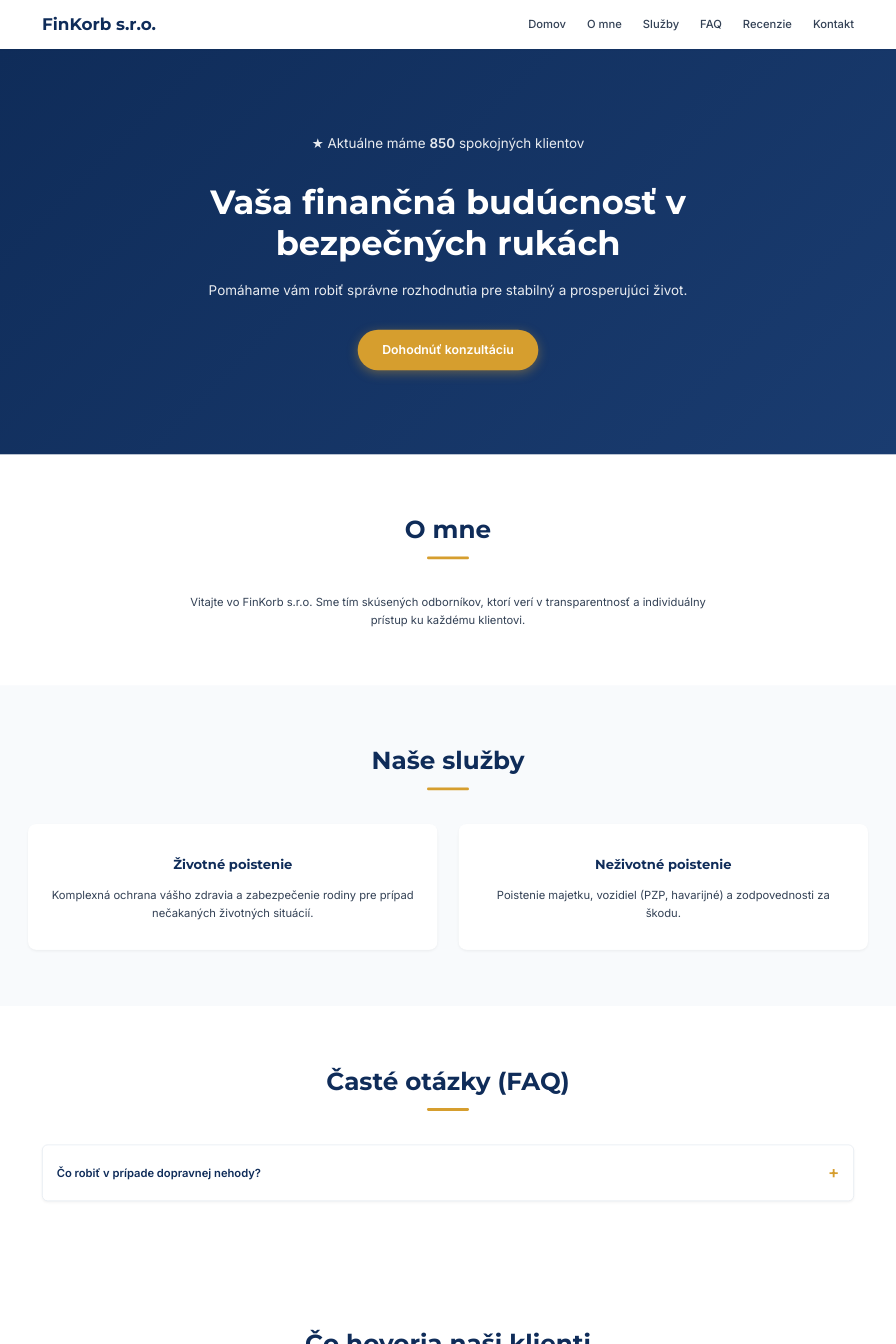
Repository: IvanK03/personal_web
Page: web/index.html
The author's editor kept a copy of each file at every save. The page is drawn from the files as they stood at one save, then again after the next save.
The browser window is 1280 px wide. The pictures show the part of the page from y = 0 to 1920 px (the page is 2553 px tall before and 2600 px after), at 70% of full size.

Above is the page before, as saved 2026-02-22 11:54:57.

### web/index.html
<!DOCTYPE html>
<html lang="sk">
<head>
    <meta charset="UTF-8">
    <meta name="viewport" content="width=device-width, initial-scale=1.0">
    <meta name="description" content="FinKorb s.r.o. - Komplexné finančné poradenstvo, poistenie, hypotéky a investovanie.">
    <title>FinKorb s.r.o. - Finančný poradca</title>
    <link rel="stylesheet" href="style.css">
</head>
<body>

    <!-- Hlavička s navigáciou -->
    <header>
        <div class="container">
            <a href="#" class="logo">FinKorb s.r.o.</a>
            <nav>
                <ul>
                    <li><a href="#hero">Domov</a></li>
                    <li><a href="#o-mne">O mne</a></li>
                    <li><a href="#sluzby">Služby</a></li>
                    <li><a href="#faq">FAQ</a></li>
                    <li><a href="#recenzie">Recenzie</a></li>
                    <li><a href="#kontakt">Kontakt</a></li>
                </ul>
            </nav>
        </div>
    </header>

    <main>
        <!-- Hero sekcia -->
        <section id="hero">
            <div class="hero-content">
                <p class="trust-badge">★ Aktuálne máme <strong>850</strong> spokojných klientov</p>
                <h1>Vaša finančná budúcnosť v bezpečných rukách</h1>
                <p>Pomáhame vám robiť správne rozhodnutia pre stabilný a prosperujúci život.</p>
                <a href="#kontakt" class="btn-primary">Dohodnúť konzultáciu</a>
            </div>
        </section>

        <!-- Sekcia O mne -->
        <section id="o-mne">
            <h2>O mne</h2>
            <p>Vitajte vo FinKorb s.r.o. Sme tím skúsených odborníkov, ktorí verí v transparentnosť a individuálny prístup ku každému klientovi.</p>
        </section>

        <!-- Sekcia Služby -->
        <section id="sluzby">
            <h2>Naše služby</h2>
            <div class="services-grid">
                <article class="service-item">
                    <h3>Životné poistenie</h3>
                    <p>Komplexná ochrana vášho zdravia a zabezpečenie rodiny pre prípad nečakaných životných situácií.</p>
                </article>
                <article class="service-item">
                    <h3>Neživotné poistenie</h3>
                    <p>Poistenie majetku, vozidiel (PZP, havarijné) a zodpovednosti za škodu.</p>
                </article>
            </div>
        </section>

        <!-- Sekcia Časté otázky (FAQ) -->
        <section id="faq">
            <h2>Časté otázky (FAQ)</h2>
            <details>
                <summary>Čo robiť v prípade dopravnej nehody?</summary>
                <p>Zachovajte pokoj, zabezpečte miesto nehody a skontrolujte zranenia. Ak je to nutné, volajte záchranné zložky (112). Následne vyplňte správu o nehode a kontaktujte nás – pomôžeme vám s nahlásením poistnej udalosti.</p>
            </details>
        </section>

        <!-- Sekcia Recenzie -->
        <section id="recenzie">
            <h2>Čo hovoria naši klienti</h2>
            <div class="reviews-grid">
                <article class="review-item">
                    <div class="stars">★★★★★</div>
                    <p>"Pán Korbini mi veľmi pomohol s nastavením životného poistenia. Profesionálny prístup a všetko mi jasne vysvetlil. Odporúčam!"</p>
                    <h4>– Peter N.</h4>
                </article>
                <article class="review-item">
                    <div class="stars">★★★★★</div>
                    <p>"Rýchle vybavenie poistnej udalosti a skvelá komunikácia. Konečne mám pocit, že sú moje financie v dobrých rukách."</p>
                    <h4>– Jana M.</h4>
                </article>
            </div>
        </section>
    </main>

    <!-- Päta s kontaktom -->
    <footer id="kontakt">
        <div class="footer-content">
            <h3>Kontaktujte nás</h3>
            <p>Email: ivan.korbini@gmail.com</p>
            <p>Telefón: +421 911 620 323 | +421 911 032 103</p>
            <p>Adresa: Sološnícka 566/13, Bratislava</p>
        </div>
        <p class="copyright">&copy; 2024 FinKorb s.r.o. Všetky práva vyhradené.</p>
    </footer>

    <script src="script.js"></script>
</body>
</html>

### web/style.css
/* Import Google Fonts */
@import url('https://fonts.googleapis.com/css2?family=Inter:wght@400;500;600&family=Montserrat:wght@600;700&display=swap');

/* Základné premenné pre konzistentný dizajn */
:root {
    --primary-color: #0f2c59; /* Tmavomodrá - Dôvera */
    --secondary-color: #1a3c70; /* Svetlejšia modrá pre gradienty */
    --accent-color: #d69e2e; /* Zlatá/Oranžová - Call to Action */
    --accent-hover: #b7791f;
    --text-dark: #334155;
    --text-light: #64748b;
    --bg-light: #f8fafc;
    --white: #ffffff;
    --shadow-sm: 0 2px 4px rgba(0, 0, 0, 0.05);
    --shadow-md: 0 4px 6px rgba(0, 0, 0, 0.1);
    --shadow-lg: 0 10px 15px rgba(0, 0, 0, 0.1);
    --transition: all 0.3s ease;
}

/* Reset a základné nastavenia */
* {
    margin: 0;
    padding: 0;
    box-sizing: border-box;
}

html {
    scroll-behavior: smooth;
}

body {
    font-family: 'Inter', sans-serif;
    line-height: 1.6;
    color: var(--text-dark);
    background-color: var(--white);
}

h1, h2, h3 {
    font-family: 'Montserrat', sans-serif;
    color: var(--primary-color);
    margin-bottom: 1rem;
}

h2 {
    font-size: 2.2rem;
    text-align: center;
    margin-bottom: 3rem;
    position: relative;
}

/* Dekoratívna čiara pod nadpismi sekcií */
h2::after {
    content: '';
    display: block;
    width: 60px;
    height: 4px;
    background-color: var(--accent-color);
    margin: 10px auto 0;
    border-radius: 2px;
}

a {
    text-decoration: none;
    color: inherit;
}

ul {
    list-style: none;
}

/* Layout utility */
.container {
    max-width: 1200px;
    margin: 0 auto;
    padding: 0 20px;
}

section {
    padding: 80px 20px;
    max-width: 1200px;
    margin: 0 auto;
}

/* Hlavička a Navigácia */
header {
    background-color: var(--white);
    box-shadow: var(--shadow-sm);
    position: sticky;
    top: 0;
    z-index: 1000;
    padding: 1rem 0;
}

/* Štýl pre prilepenú hlavičku pri scrollovaní */
header.scrolled {
    background-color: rgba(255, 255, 255, 0.95); /* Jemne priehľadná biela */
    backdrop-filter: blur(5px); /* Rozostrenie pozadia */
    box-shadow: var(--shadow-md);
    padding: 0.5rem 0; /* Zmenšenie výšky pre kompaktnejší vzhľad */
    transition: all 0.3s ease;
}

header .container {
    display: flex;
    justify-content: space-between;
    align-items: center;
}

.logo {
    font-family: 'Montserrat', sans-serif;
    font-size: 1.5rem;
    font-weight: 700;
    color: var(--primary-color);
}

nav ul {
    display: flex;
    gap: 30px;
}

nav a {
    font-weight: 500;
    color: var(--text-dark);
    transition: var(--transition);
}

nav a:hover {
    color: var(--accent-color);
}

/* Hero Sekcia */
#hero {
    background: linear-gradient(135deg, var(--primary-color), var(--secondary-color));
    color: var(--white);
    text-align: center;
    padding: 120px 20px;
    max-width: 100%; /* Hero roztiahneme na celú šírku */
}

.hero-content {
    max-width: 800px;
    margin: 0 auto;
}

#hero h1 {
    color: var(--white);
    font-size: 3rem;
    margin-bottom: 1.5rem;
    line-height: 1.2;
}

#hero p {
    font-size: 1.2rem;
    margin-bottom: 2.5rem;
    opacity: 0.9;
}

/* Tlačidlá */
.btn-primary {
    display: inline-block;
    background-color: var(--accent-color);
    color: var(--white);
    padding: 15px 35px;
    border-radius: 50px;
    font-weight: 600;
    font-size: 1.1rem;
    transition: var(--transition);
    box-shadow: 0 4px 15px rgba(214, 158, 46, 0.4);
}

.btn-primary:hover {
    background-color: var(--accent-hover);
    transform: translateY(-3px);
    box-shadow: 0 6px 20px rgba(214, 158, 46, 0.6);
}

/* Sekcia O mne */
#o-mne {
    text-align: center;
    max-width: 800px;
}

/* Sekcia Služby - Grid */
#sluzby {
    background-color: var(--bg-light);
    max-width: 100%; /* Pozadie na celú šírku */
}

.services-grid {
    display: grid;
    grid-template-columns: repeat(auto-fit, minmax(300px, 1fr));
    gap: 30px;
    max-width: 1200px;
    margin: 0 auto;
}

.service-item {
    background: var(--white);
    padding: 40px 30px;
    border-radius: 12px;
    box-shadow: var(--shadow-sm);
    transition: var(--transition);
    text-align: center;
    border-top: 4px solid transparent;
}

.service-item:hover {
    transform: translateY(-10px);
    box-shadow: var(--shadow-lg);
    border-top: 4px solid var(--accent-color);
}

.service-item h3 {
    margin-bottom: 15px;
}

/* FAQ Sekcia */
details {
    background-color: var(--white);
    margin-bottom: 15px;
    border-radius: 8px;
    box-shadow: var(--shadow-sm);
    overflow: hidden;
    border: 1px solid #e2e8f0;
}

summary {
    padding: 20px;
    cursor: pointer;
    font-weight: 600;
    color: var(--primary-color);
    list-style: none; /* Skryje defaultnú šípku */
    position: relative;
    display: flex;
    justify-content: space-between;
    align-items: center;
}

summary::-webkit-details-marker {
    display: none;
}

summary::after {
    content: '+';
    font-size: 1.5rem;
    color: var(--accent-color);
    font-weight: bold;
}

details[open] summary::after {
    content: '-';
}

details p {
    padding: 0 20px 20px 20px;
    color: var(--text-light);
    border-top: 1px solid #f1f5f9;
    margin-top: 0;
    padding-top: 15px;
    /* Animácia pre plynulé zobrazenie textu */
    animation: fadeIn 0.4s ease-out;
}

@keyframes fadeIn {
    from {
        opacity: 0;
        transform: translateY(-10px);
    }
    to {
        opacity: 1;
        transform: translateY(0);
    }
}

/* Päta */
footer {
    background-color: var(--primary-color);
    color: var(--white);
    text-align: center;
    padding: 60px 20px 20px;
}

.footer-content h3 {
    color: var(--accent-color);
    margin-bottom: 20px;
}

.footer-content p {
    margin-bottom: 10px;
    opacity: 0.8;
}

.copyright {
    margin-top: 40px;
    padding-top: 20px;
    border-top: 1px solid rgba(255, 255, 255, 0.1);
    font-size: 0.9rem;
    opacity: 0.6;
}

/* Responzivita pre mobily */
@media (max-width: 768px) {
    header .container {
        flex-direction: column;
        gap: 15px;
    }

    nav ul {
        flex-wrap: wrap;
        justify-content: center;
        gap: 15px;
    }

    #hero h1 {
        font-size: 2.2rem;
    }

    section {
        padding: 60px 20px;
    }
}

### web/script.js
document.addEventListener('DOMContentLoaded', () => {

    // --- 1. Sticky Header (Prilepenie hlavičky) ---
    const header = document.querySelector('header');

    window.addEventListener('scroll', () => {
        // Ak sme odscrollovali viac ako 50px, pridáme triedu 'scrolled'
        if (window.scrollY > 50) {
            header.classList.add('scrolled');
        } else {
            header.classList.remove('scrolled');
        }
    });

    // --- 2. Interaktívne FAQ (Akordeón) ---
    const detailsElements = document.querySelectorAll('details');

    detailsElements.forEach(detail => {
        detail.addEventListener('click', (e) => {
            // Zistíme, či sa kliklo na <summary> (hlavičku otázky)
            if (e.target.tagName.toLowerCase() === 'summary') {
                // Ak sa práve otvára (ešte nie je 'open'), zatvoríme ostatné
                if (!detail.hasAttribute('open')) {
                    detailsElements.forEach(otherDetail => {
                        if (otherDetail !== detail) {
                            otherDetail.removeAttribute('open');
                        }
                    });
                }
            }
        });
    });
});

After the next save:
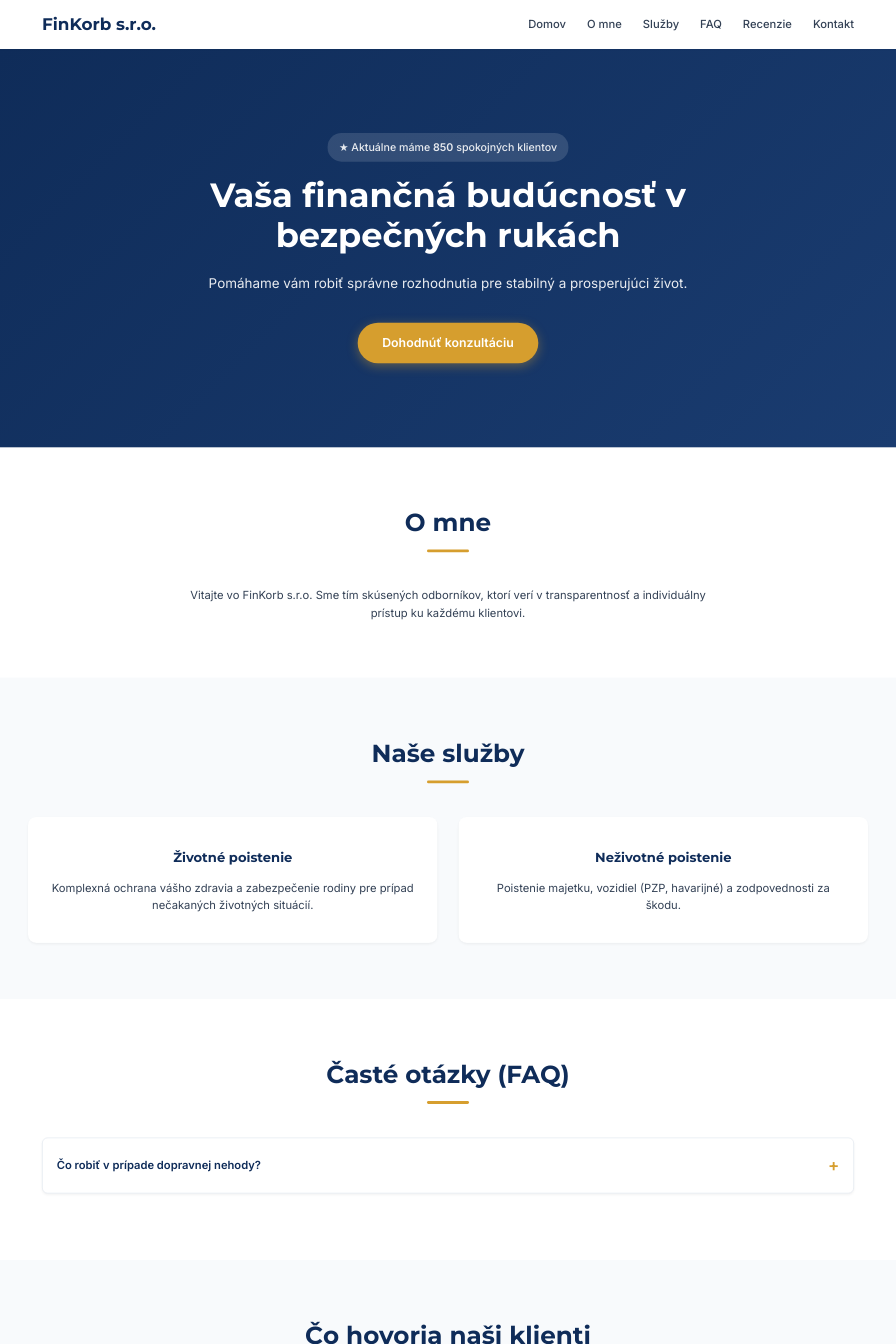
Saved 1 s later.
--- a/web/style.css
+++ b/web/style.css
@@ -142,6 +142,17 @@
     margin: 0 auto;
 }
 
+/* Trust Badge v Hero sekcii */
+.trust-badge {
+    display: inline-block;
+    background-color: rgba(255, 255, 255, 0.15);
+    padding: 8px 16px;
+    border-radius: 20px;
+    font-weight: 500;
+    margin-bottom: 20px !important; /* Prepíše default margin */
+    font-size: 0.95rem !important;
+}
+
 #hero h1 {
     color: var(--white);
     font-size: 3rem;
@@ -272,6 +283,39 @@
     }
 }
 
+/* Recenzie Sekcia */
+#recenzie {
+    background-color: var(--bg-light);
+    max-width: 100%;
+}
+
+.reviews-grid {
+    display: grid;
+    grid-template-columns: repeat(auto-fit, minmax(300px, 1fr));
+    gap: 30px;
+    max-width: 1200px;
+    margin: 0 auto;
+}
+
+.review-item {
+    background: var(--white);
+    padding: 30px;
+    border-radius: 12px;
+    box-shadow: var(--shadow-sm);
+    text-align: center;
+}
+
+.stars {
+    color: var(--accent-color);
+    font-size: 1.5rem;
+    margin-bottom: 15px;
+}
+
+.review-item h4 {
+    margin-top: 20px;
+    color: var(--primary-color);
+}
+
 /* Päta */
 footer {
     background-color: var(--primary-color);
